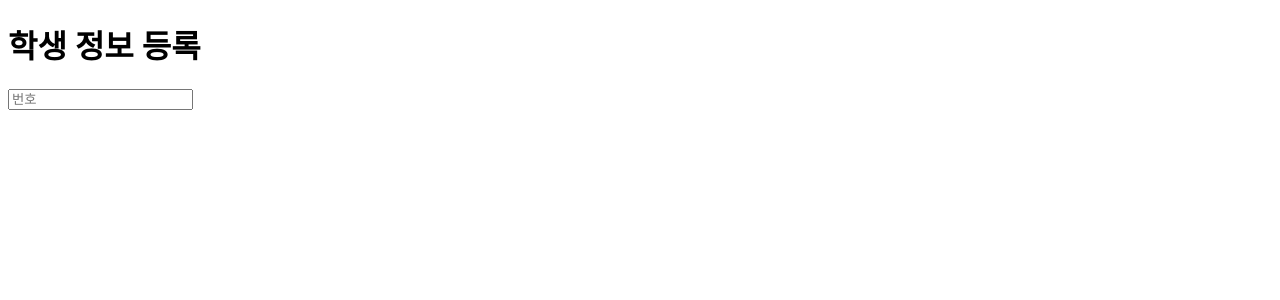
Repository: junesse-afk/ITJSP
Page: http://localhost/StudyJSP/jsp09_servlet/test6_student_regist_form.jsp
The author's editor kept a copy of each file at every save. The page is drawn from the files as they stood at one save, then again after the next save.
The browser window is 1280 px wide. The pictures show the whole page.
The page is served by Tomcat 10. Other server files are loaded and not shown.

Above is the page before, as saved 2024-11-27 00:19:52.

### workspace_jsp/StudyJSP/src/main/webapp/jsp09_servlet/test6_student_regist_form.jsp
<%@ page language="java" contentType="text/html; charset=UTF-8"
    pageEncoding="UTF-8"%>
<!DOCTYPE html>
<html>
<head>
<meta charset="UTF-8">
<title>Insert title here</title>
</head>
<body>

	<h1>학생 정보 등록</h1>
	<form action="StudentRegist.st" method="post">
		<input type="text" name="idx" placeholder="번호"><br>
	</form>

</body>
</html>

After the next save:
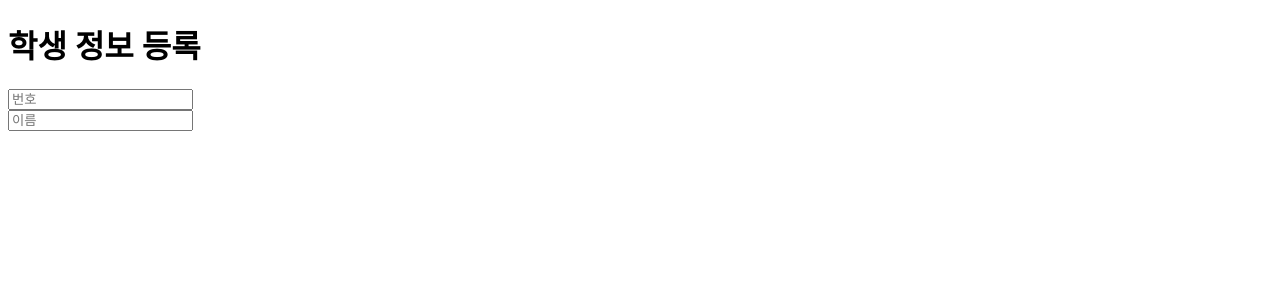
Saved 9 s later.
--- a/workspace_jsp/StudyJSP/src/main/webapp/jsp09_servlet/test6_student_regist_form.jsp
+++ b/workspace_jsp/StudyJSP/src/main/webapp/jsp09_servlet/test6_student_regist_form.jsp
@@ -11,6 +11,7 @@
 	<h1>학생 정보 등록</h1>
 	<form action="StudentRegist.st" method="post">
 		<input type="text" name="idx" placeholder="번호"><br>
+		<input type="text" name="name" placeholder="이름"><br>
 	</form>
 
 </body>
